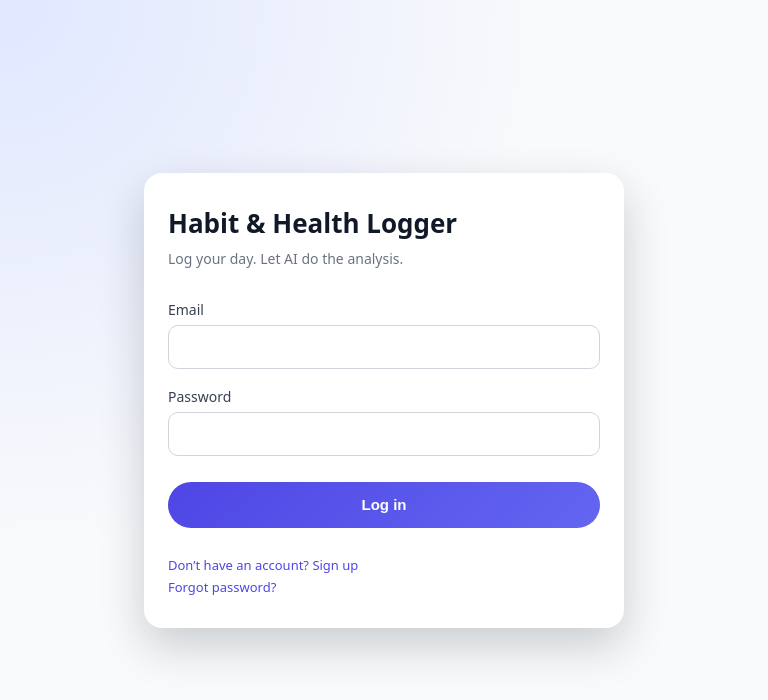
Repository: rawanwehbe6/habit-health-logger
Page: HHL-client/index.html
An editor plug-in stored every save of this project. The page is shown before and after the next save, followed by the edit.
The browser window is 768 px wide. The pictures show the whole page.

Above is the page before, as saved 2025-11-15 23:46:23.

### HHL-client/index.html
<!DOCTYPE html>
<html lang="en">
<head>
  <meta charset="UTF-8" />
  <title>Habit & Health Logger – Login</title>
  <meta name="viewport" content="width=device-width, initial-scale=1.0" />
  <link rel="stylesheet" href="assets/css/style.css" />
</head>
<body class="auth-body">
  <div class="auth-layout">
    <!-- Left: login card -->
    <main class="auth-card">
      <h1 class="app-title">Habit &amp; Health Logger</h1>
      <p class="app-subtitle">Log your day. Let AI do the analysis.</p>

      <form class="auth-form" id="login-form">
        <div class="form-group">
          <label for="email">Email</label>
          <input
            type="email"
            id="email"
            name="email"
            autocomplete="email"
            required
          />
        </div>

        <div class="form-group">
          <label for="password">Password</label>
          <input
            type="password"
            id="password"
            name="password"
            autocomplete="current-password"
            required
          />
        </div>

        <button type="submit" class="btn-primary">Log in</button>

        <div class="auth-links">
          <a href="#" class="auth-link">Don’t have an account? Sign up</a>
          <a href="#" class="auth-link">Forgot password?</a>
        </div>
      </form>
    </main>

    <!-- Right: marketing panel -->
    <aside class="auth-side">
      <h2>Track habits, sleep, and caffeine</h2>
      <ul>
        <li>Free-text logging</li>
        <li>Smart AI summaries</li>
        <li>Weekly progress charts</li>
      </ul>
    </aside>
  </div>

  <script src="assets/js/app.js"></script>
</body>
</html>

### HHL-client/assets/css/style.css
/* 1. Reset-ish & base */

*,
*::before,
*::after {
  box-sizing: border-box;
}

body {
  margin: 0;
  font-family: system-ui, -apple-system, BlinkMacSystemFont, "Segoe UI",
    sans-serif;
  color: #111827;
}

/* 2. Auth layout */

.auth-body {
  min-height: 100vh;
  background: radial-gradient(circle at top left, #e0e7ff 0, #f9fafb 50%);
  display: flex;
  align-items: center;
  justify-content: center;
  padding: 24px;
}

.auth-layout {
  width: 100%;
  max-width: 960px;
  background: #ffffff;
  border-radius: 18px;
  box-shadow: 0 18px 45px rgba(15, 23, 42, 0.2);
  display: grid;
  grid-template-columns: minmax(0, 1.1fr) minmax(0, 0.9fr);
  overflow: hidden;
}

/* 3. Auth card (left) */

.auth-card {
  padding: 40px 48px;
}

.app-title {
  margin: 0 0 8px;
  font-size: 26px;
  font-weight: 700;
}

.app-subtitle {
  margin: 0 0 32px;
  font-size: 14px;
  color: #6b7280;
}

/* Form */

.auth-form {
  display: flex;
  flex-direction: column;
  gap: 18px;
}

.form-group {
  display: flex;
  flex-direction: column;
  gap: 6px;
}

.form-group label {
  font-size: 14px;
  color: #374151;
}

.form-group input {
  height: 44px;
  padding: 0 12px;
  border-radius: 10px;
  border: 1px solid #d1d5db;
  font-size: 14px;
  outline: none;
  transition: border-color 0.15s ease, box-shadow 0.15s ease;
}

.form-group input:focus {
  border-color: #4f46e5;
  box-shadow: 0 0 0 1px rgba(79, 70, 229, 0.3);
}

/* Button */

.btn-primary {
  margin-top: 8px;
  height: 46px;
  border: none;
  border-radius: 999px;
  background: linear-gradient(135deg, #4f46e5, #6366f1);
  color: #ffffff;
  font-weight: 600;
  font-size: 15px;
  cursor: pointer;
  transition: transform 0.12s ease, box-shadow 0.12s ease,
    filter 0.12s ease;
}

.btn-primary:hover {
  filter: brightness(1.03);
  box-shadow: 0 12px 24px rgba(79, 70, 229, 0.35);
  transform: translateY(-1px);
}

.btn-primary:active {
  transform: translateY(0);
  box-shadow: none;
}

/* Links under form */

.auth-links {
  margin-top: 10px;
  display: flex;
  flex-direction: column;
  gap: 4px;
  font-size: 13px;
}

.auth-link {
  color: #4f46e5;
  text-decoration: none;
}

.auth-link:hover {
  text-decoration: underline;
}

/* 4. Right side panel */

.auth-side {
  padding: 40px;
  background: linear-gradient(135deg, #111827, #1f2937);
  color: #e5e7eb;
  display: flex;
  flex-direction: column;
  justify-content: center;
  gap: 16px;
}

.auth-side h2 {
  margin: 0 0 8px;
  font-size: 22px;
}

.auth-side ul {
  margin: 0;
  padding-left: 18px;
  font-size: 14px;
  color: #d1d5db;
}

/* 5. Responsive */

@media (max-width: 900px) {
  .auth-layout {
    max-width: 480px;
    grid-template-columns: 1fr;
  }

  .auth-side {
    display: none;
  }

  .auth-card {
    padding: 32px 24px;
  }
}

### HHL-client/assets/js/app.js
document.addEventListener("DOMContentLoaded", () => {
  const loginForm = document.getElementById("login-form");

  if (loginForm) {
    loginForm.addEventListener("submit", (e) => {
      e.preventDefault();
      // later: send credentials to backend via fetch()
      console.log("Login form submitted");
      // temporary redirect so you can see dashboard once we build it
      window.location.href = "dashboard.html";
    });
  }
});

After the next save:
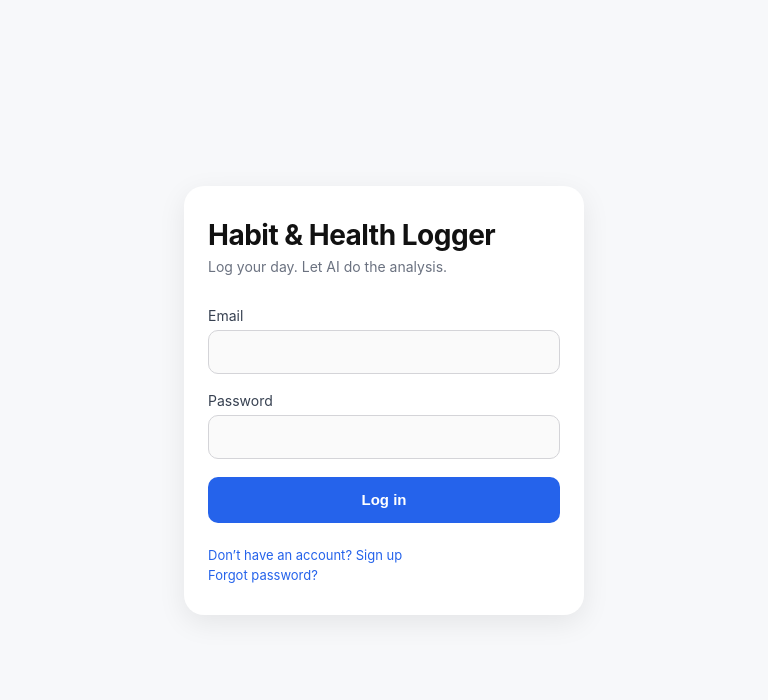
Saved 3 min 59 s later.
--- a/HHL-client/assets/css/style.css
+++ b/HHL-client/assets/css/style.css
@@ -1,4 +1,6 @@
-/* 1. Reset-ish & base */
+/* ------------------------------
+   Base reset & typography
+--------------------------------*/
 
 *,
 *::before,
@@ -8,16 +10,18 @@
 
 body {
   margin: 0;
-  font-family: system-ui, -apple-system, BlinkMacSystemFont, "Segoe UI",
-    sans-serif;
-  color: #111827;
+  font-family: Inter, system-ui, sans-serif;
+  background: #f7f8fa;
+  color: #111;
+  -webkit-font-smoothing: antialiased;
 }
 
-/* 2. Auth layout */
+/* ------------------------------
+   Auth layout
+--------------------------------*/
 
 .auth-body {
   min-height: 100vh;
-  background: radial-gradient(circle at top left, #e0e7ff 0, #f9fafb 50%);
   display: flex;
   align-items: center;
   justify-content: center;
@@ -26,34 +30,37 @@ body {
 
 .auth-layout {
   width: 100%;
-  max-width: 960px;
-  background: #ffffff;
-  border-radius: 18px;
-  box-shadow: 0 18px 45px rgba(15, 23, 42, 0.2);
-  display: grid;
-  grid-template-columns: minmax(0, 1.1fr) minmax(0, 0.9fr);
+  max-width: 880px;
+  background: #fff;
+  display: flex;
+  border-radius: 20px;
   overflow: hidden;
+  box-shadow: 0 8px 28px rgba(0, 0, 0, 0.08);
 }
 
-/* 3. Auth card (left) */
+/* ------------------------------
+   Left: login card
+--------------------------------*/
 
 .auth-card {
-  padding: 40px 48px;
+  flex: 1;
+  padding: 48px;
 }
 
 .app-title {
-  margin: 0 0 8px;
-  font-size: 26px;
+  margin: 0;
+  font-size: 28px;
   font-weight: 700;
+  letter-spacing: -0.5px;
 }
 
 .app-subtitle {
-  margin: 0 0 32px;
+  margin: 6px 0 32px 0;
   font-size: 14px;
   color: #6b7280;
 }
 
-/* Form */
+/* Form groups */
 
 .auth-form {
   display: flex;
@@ -75,49 +82,45 @@ body {
 .form-group input {
   height: 44px;
   padding: 0 12px;
+  border: 1px solid #d4d4d8;
   border-radius: 10px;
-  border: 1px solid #d1d5db;
   font-size: 14px;
-  outline: none;
-  transition: border-color 0.15s ease, box-shadow 0.15s ease;
+  background: #fafafa;
+  transition: border-color 0.15s ease, background 0.15s ease;
 }
 
 .form-group input:focus {
-  border-color: #4f46e5;
-  box-shadow: 0 0 0 1px rgba(79, 70, 229, 0.3);
+  border-color: #2563eb;
+  background: #fff;
+  outline: none;
 }
 
 /* Button */
 
 .btn-primary {
-  margin-top: 8px;
   height: 46px;
   border: none;
-  border-radius: 999px;
-  background: linear-gradient(135deg, #4f46e5, #6366f1);
-  color: #ffffff;
+  border-radius: 10px;
+  background: #2563eb;
+  color: #fff;
   font-weight: 600;
   font-size: 15px;
   cursor: pointer;
-  transition: transform 0.12s ease, box-shadow 0.12s ease,
-    filter 0.12s ease;
+  transition: background 0.15s ease, transform 0.12s ease;
 }
 
 .btn-primary:hover {
-  filter: brightness(1.03);
-  box-shadow: 0 12px 24px rgba(79, 70, 229, 0.35);
-  transform: translateY(-1px);
+  background: #1e4fc7;
 }
 
 .btn-primary:active {
-  transform: translateY(0);
-  box-shadow: none;
+  transform: scale(0.98);
 }
 
-/* Links under form */
+/* Links */
 
 .auth-links {
-  margin-top: 10px;
+  margin-top: 6px;
   display: flex;
   flex-direction: column;
   gap: 4px;
@@ -125,44 +128,50 @@ body {
 }
 
 .auth-link {
-  color: #4f46e5;
+  color: #2563eb;
   text-decoration: none;
+  transition: color 0.15s ease;
 }
 
 .auth-link:hover {
-  text-decoration: underline;
+  color: #1e4fc7;
 }
 
-/* 4. Right side panel */
+/* ------------------------------
+   Right: promo panel
+--------------------------------*/
 
 .auth-side {
-  padding: 40px;
-  background: linear-gradient(135deg, #111827, #1f2937);
-  color: #e5e7eb;
+  width: 320px;
+  padding: 48px 32px;
+  background: #f3f4f6;
+  border-left: 1px solid #e5e7eb;
   display: flex;
   flex-direction: column;
   justify-content: center;
-  gap: 16px;
 }
 
 .auth-side h2 {
-  margin: 0 0 8px;
-  font-size: 22px;
+  margin: 0 0 12px 0;
+  font-size: 20px;
+  font-weight: 600;
 }
 
 .auth-side ul {
   margin: 0;
-  padding-left: 18px;
+  padding-left: 20px;
+  color: #4b5563;
   font-size: 14px;
-  color: #d1d5db;
 }
 
-/* 5. Responsive */
+/* ------------------------------
+   Responsive
+--------------------------------*/
 
 @media (max-width: 900px) {
   .auth-layout {
-    max-width: 480px;
-    grid-template-columns: 1fr;
+    max-width: 400px;
+    flex-direction: column;
   }
 
   .auth-side {
